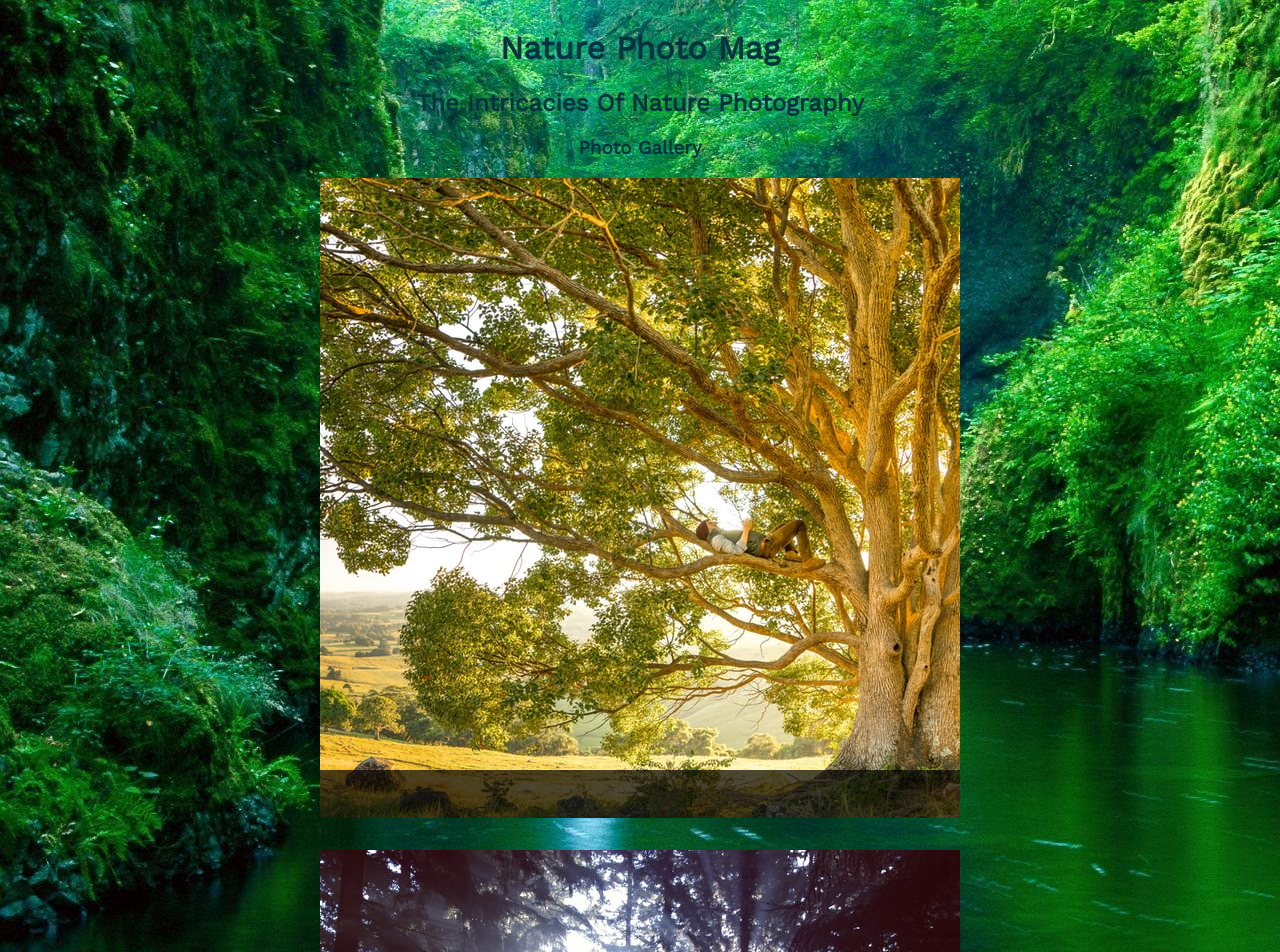
Repository: alexmaddux99/Image-Gallery
Page: index.html
The author's editor kept a copy of each file at every save. The page is drawn from the files as they stood at one save, then again after the next save.
The browser window is 1280 px wide. The pictures show the part of the page from y = 0 to 952 px (the page is 6866 px tall before and 6890 px after).
Backgrounds fixed to the window are drawn as part of the page.

Above is the page before, as saved 2022-03-09 10:43:44.

### index.html
<!DOCTYPE html>
<html lang="en">
<head>
  <meta charset="UTF-8">
  <meta http-equiv="X-UA-Compatible" content="IE=edge">
  <meta name="viewport" content="width=device-width, initial-scale=1.0">
  <title>Nature Photo Mag - The Intricacies Of Nature Photography - Photo Gallery</title>
  <link rel="stylesheet" href="css/main.css">
  <script  src="js/main.js" defer></script>

</head>
<body>

<div class="content">
<h1>Nature Photo Mag</h1>
<h2>The Intricacies Of Nature Photography</h2>
<section>
  <h3>Photo Gallery</h3>

  <figure class="frame">

    <img class="slide current" src="images/1.jpg" alt="Man Sleeping In Tree">
    <img class="slide" src="images/2.jpg" alt="Sun Peeking Through Trees">
    <img class="slide" src="images/3.jpg" alt="Couple Looking At Mountain Overlooking Lake">
    <img class="slide" src="images/4.jpg" alt="Northern Lights">
    <img class="slide" src="images/5.jpg" alt="Storm On The Coast">
    <img class="slide" src="images/6.jpg" alt="Mountain Overlooking house">
    <img class="slide" src="images/7.jpg" alt="Aerial Shot of Antartic Landscape">
    <img class="slide" src="images/8.jpg" alt="Close Up Of Crystal">
    <img class="slide" src="images/9.jpg" alt="Aerial Shot Of Remote Landscape">
    <img class="slide" src="images/10.jpg" alt="Aerial Shot Overlooking Ice Berg">




    <figcaption class="caption"></figcaption>
  </figure>

  <div class="controls">
    <a href="#" class="back-btn">Back</a>
    <a href="#" class="next-btn">Next</a>
  </div>

</section>
</div>

</body>
</html>

### css/main.css
@import url('https://fonts.googleapis.com/css2?family=Lora&family=Work+Sans&display=swap');

* {
  box-sizing:border-box;
}



body {
  color: #013440;
  text-align:center;
  background-image: url(../images/background.jpg);
  background-attachment: fixed;
}

h1, h2, h3{

  font-family: 'Work Sans', sans-serif;

}

section {
  min-height: max-content;
  width: 100%;
  margin: auto;
}

.frame {
  background-color: black;
  position:relative;
  max-width:640px;
  width: 100%;
  height:640px;
  margin: 1rem auto;

}

.slide {
  object-fit: contain;
  width: 100%;
  height: 100%;
  display:block;
  margin-bottom: 2rem;
}


.hide {
  opacity: 0;
  transition: opacity .5s ease-out;
}


.current {
  transition: opacity .5s ease-out;
}


.abs-pos {
  position: absolute;
}

.caption {
  font-family: 'Lora', serif;
  position: absolute;
  z-index: 3;
  color: #fff;
  background: rgba(0, 0, 0, .7);
  bottom: 0;
  width: 100%;
  height: 1rem;
  padding: 1rem 1rem 2rem 1rem;
}

.controls {
  font-family: 'Lora', serif;
  display: none;
}

..framet{
  margin: 1rem;
    padding: 1rem;
  background-color: #AEE6F2;
  border-radius: 25px;
}

@media only screen and (min-width: 768px) {
  .content{
      margin-left: auto;
      margin-right: auto;
      align-content: center;
      max-width: 670px;
  }
  }

Loaded but not shown: js/main.js (no stored copy; drawn as an empty file)

After the next save:
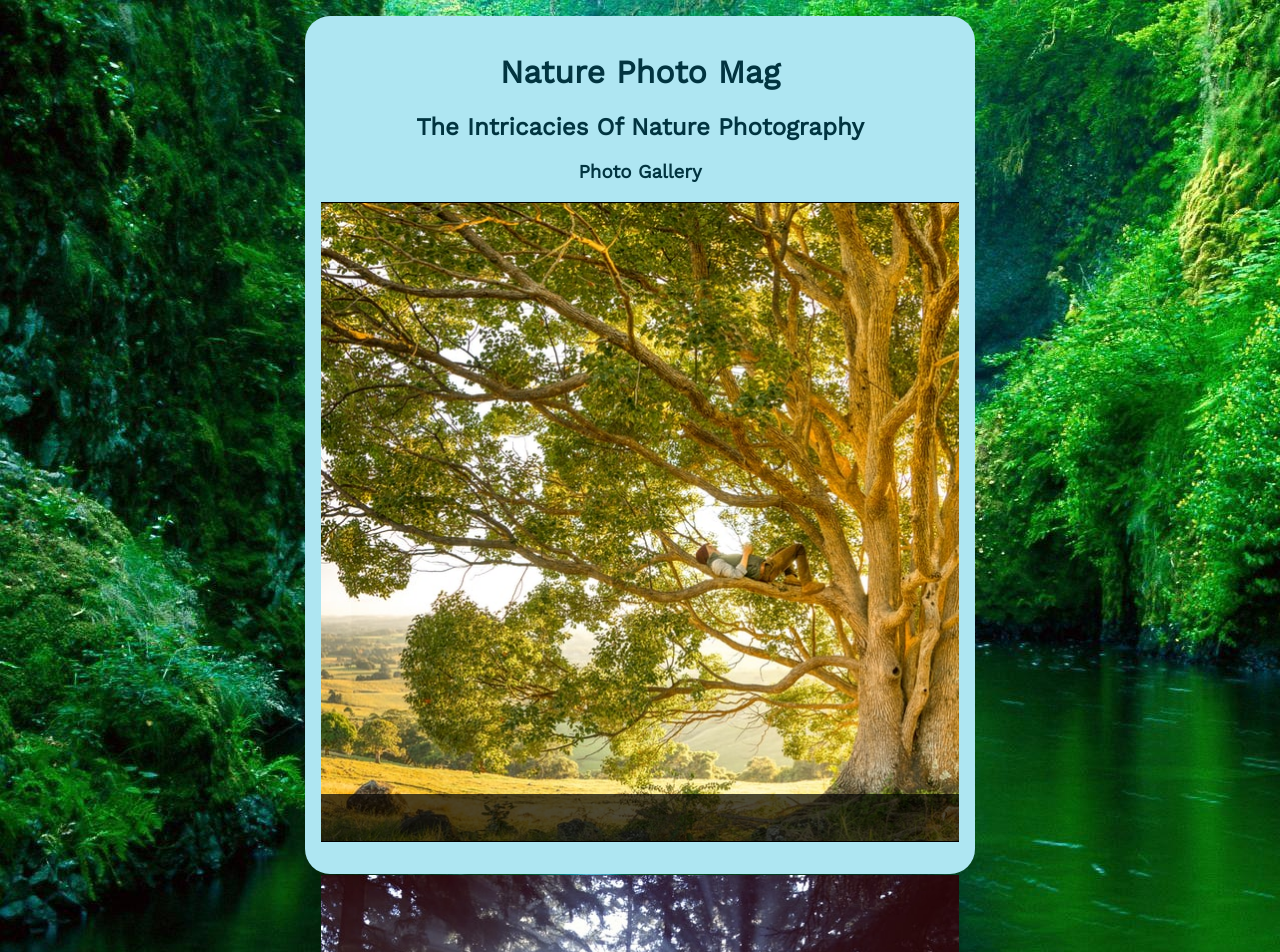
Saved 7 s later.
--- a/css/main.css
+++ b/css/main.css
@@ -9,7 +9,7 @@
 body {
   color: #013440;
   text-align:center;
-  background-image: url(../images/background.jpg);
+  background-image: url(/images/background.jpg);
   background-attachment: fixed;
 }
 
@@ -76,7 +76,7 @@ section {
   display: none;
 }
 
-..framet{
+.content{
   margin: 1rem;
     padding: 1rem;
   background-color: #AEE6F2;
